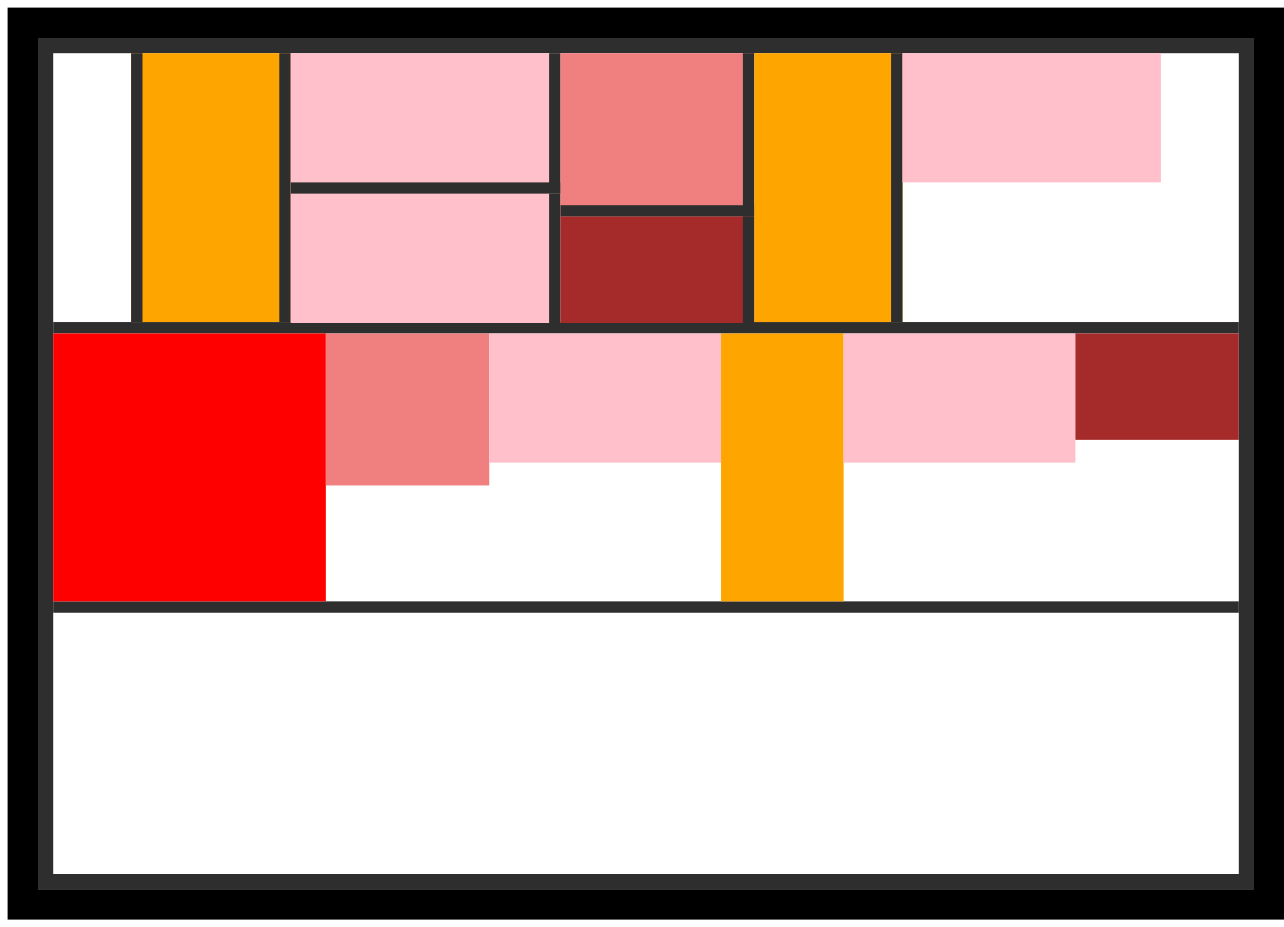
Repository: Tsardines/mondrian
Page: index.html
An editor plug-in stored every save of this project. The page is shown before and after the next save, followed by the edit.
The browser window is 1280 px wide. The page is 1352 px wide, so the pictures cover 1352 px, including what lies to the right of the window. The pictures show the whole page, at 95% of full size.
Some web fonts or font styles are not loaded; a fallback is used.

Above is the page before, as saved 2019-10-20 17:01:37.

After the next save:
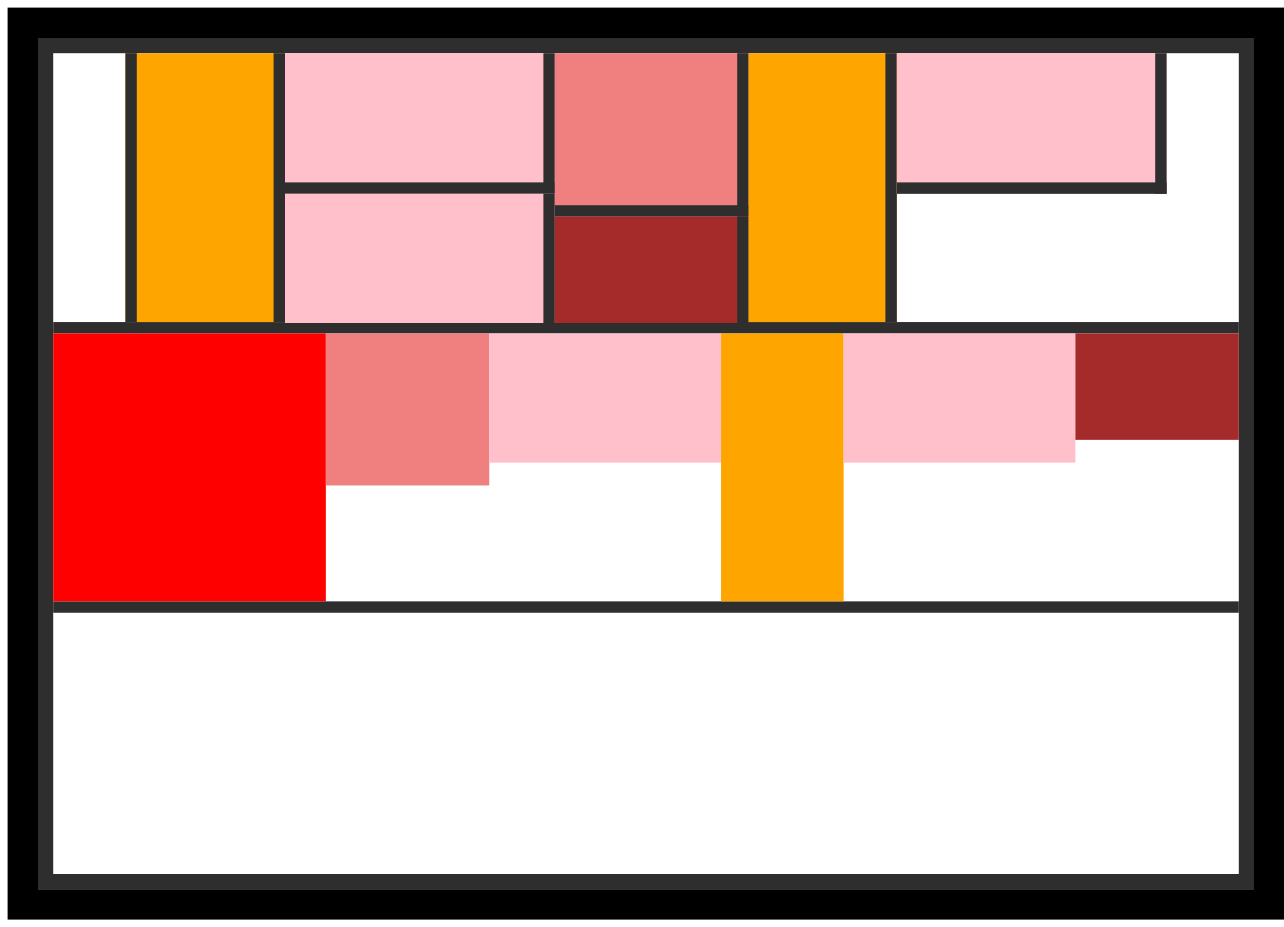
Saved 17 s later.
--- a/index.html
+++ b/index.html
@@ -30,7 +30,7 @@
 
                 <div class="rect--vert" style="border-right: 0.75rem solid rgb(46, 46, 46);"></div>
 
-                <div class="rect--hori"></div>
+                <div class="rect--hori" style="border-bottom: 0.75rem solid rgb(46, 46, 46); border-right: 0.75rem solid rgb(46, 46, 46);"></div>
 
                 <!-- <div class="sq"></div> -->
                 <!-- <div class="rect--vert"></div> -->
